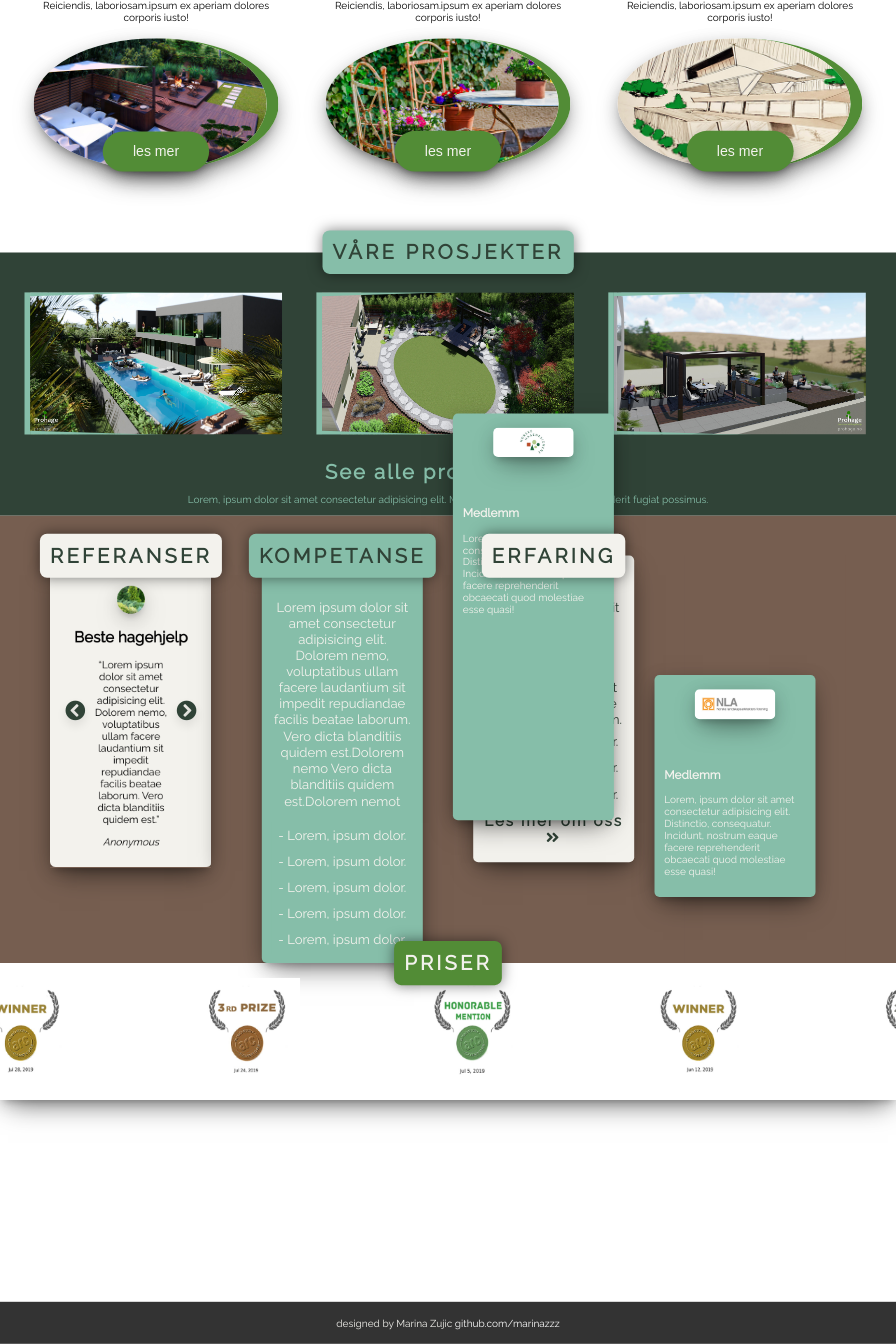
Repository: marinazzz/garden-design-website
Page: index.html
These files come from the project's save history. The page is drawn as it stood at one moment and after the next save; the edit follows.
The browser window is 1280 px wide. The pictures show the part of the page from y = 1164 to 3084 px (the page is 3084 px tall), at 70% of full size.

Above is the page before, as saved 2020-04-09 21:22:02.

After the next save:
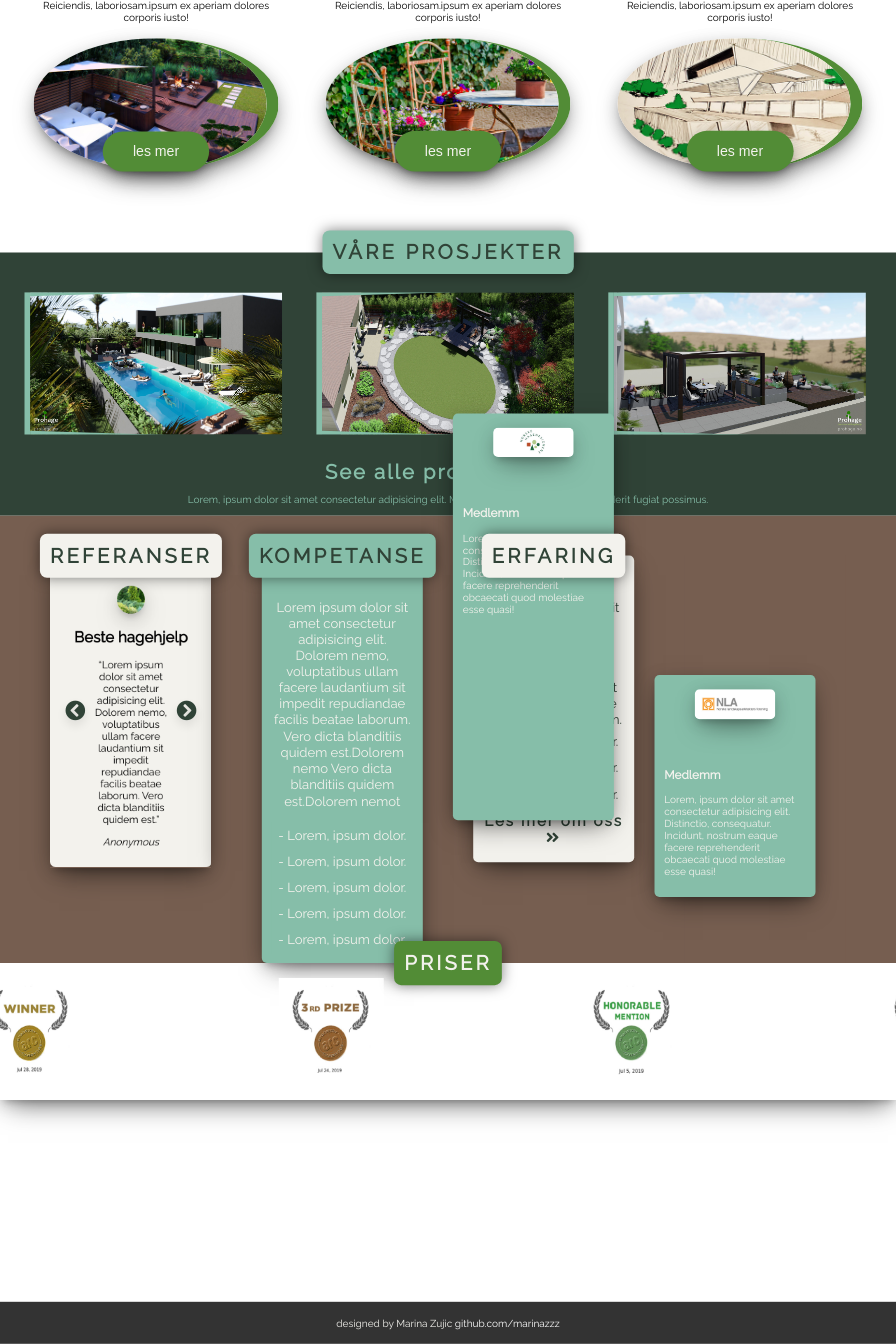
Saved 40 s later.
--- a/JS/js-app.js
+++ b/JS/js-app.js
@@ -38,12 +38,12 @@ Object.values(awardsGlide).map(carousel => {
   let awardsSlider = new Glide(carousel, {
     type: 'carousel',
     autoplay: true,
-    perView: 4,
+    perView: 3,
     autoplay: 5000,
     animationDuration: 1000,
     breakpoints: {
       768: {
-        perView: 1
+        perView: 4
       },
 
     }
